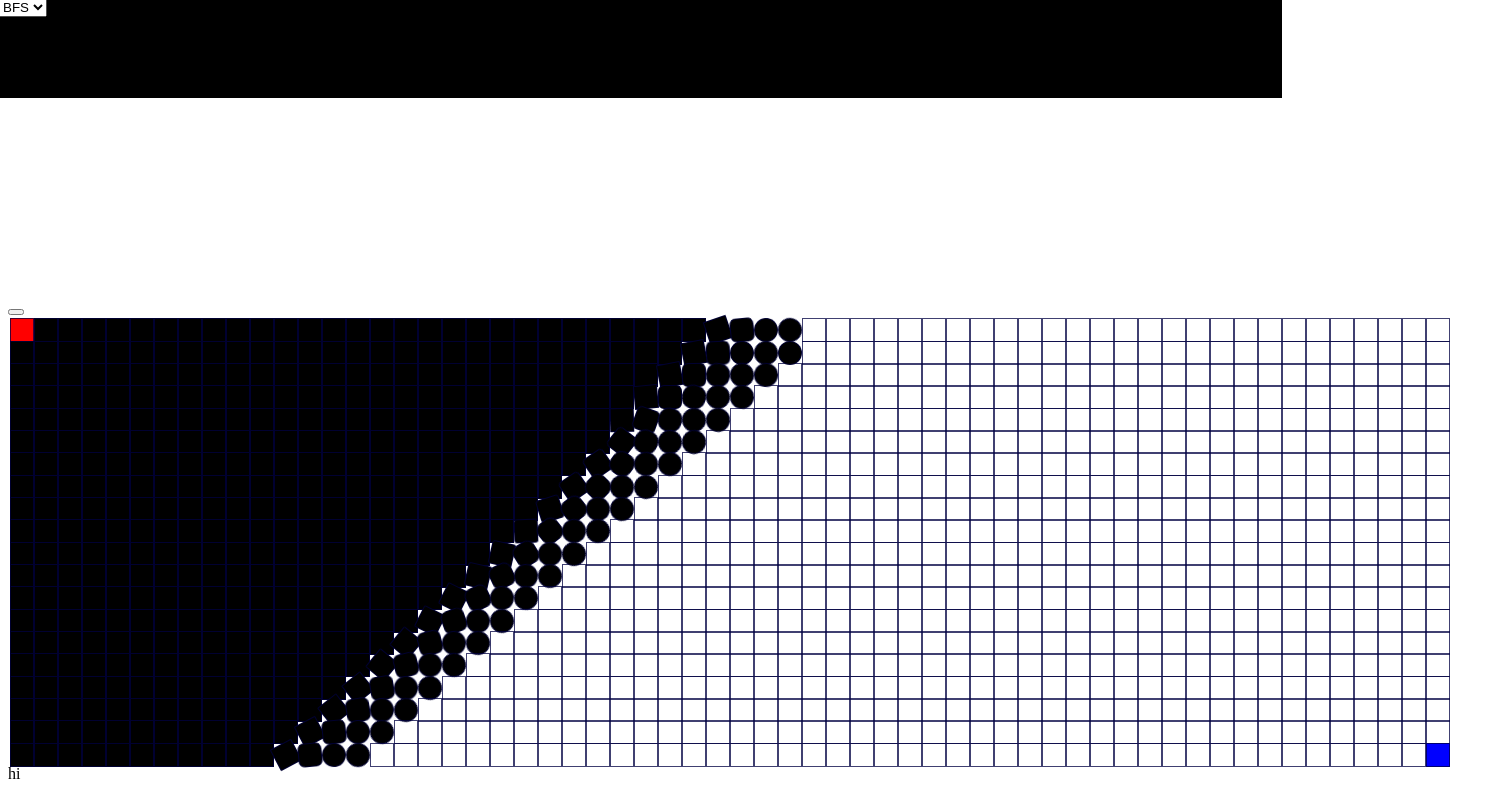
Repository: NikhilJohny/Pathfinding---ReactJS
Page: /, after clicking the first element matching `button`
The author's editor kept a copy of each file at every save. The page is drawn from the files as they stood at one save, then again after the next save.
The browser window is 1280 px wide. The page is 1508 px wide, so the pictures cover 1508 px, including what lies to the right of the window. The pictures show the whole page.
The project was rebuilt for these pictures with package versions that can differ from the ones it lists, and the page was loaded fresh each time.

Above is the page before, as saved 2021-05-11 11:00:33.

After the next save:
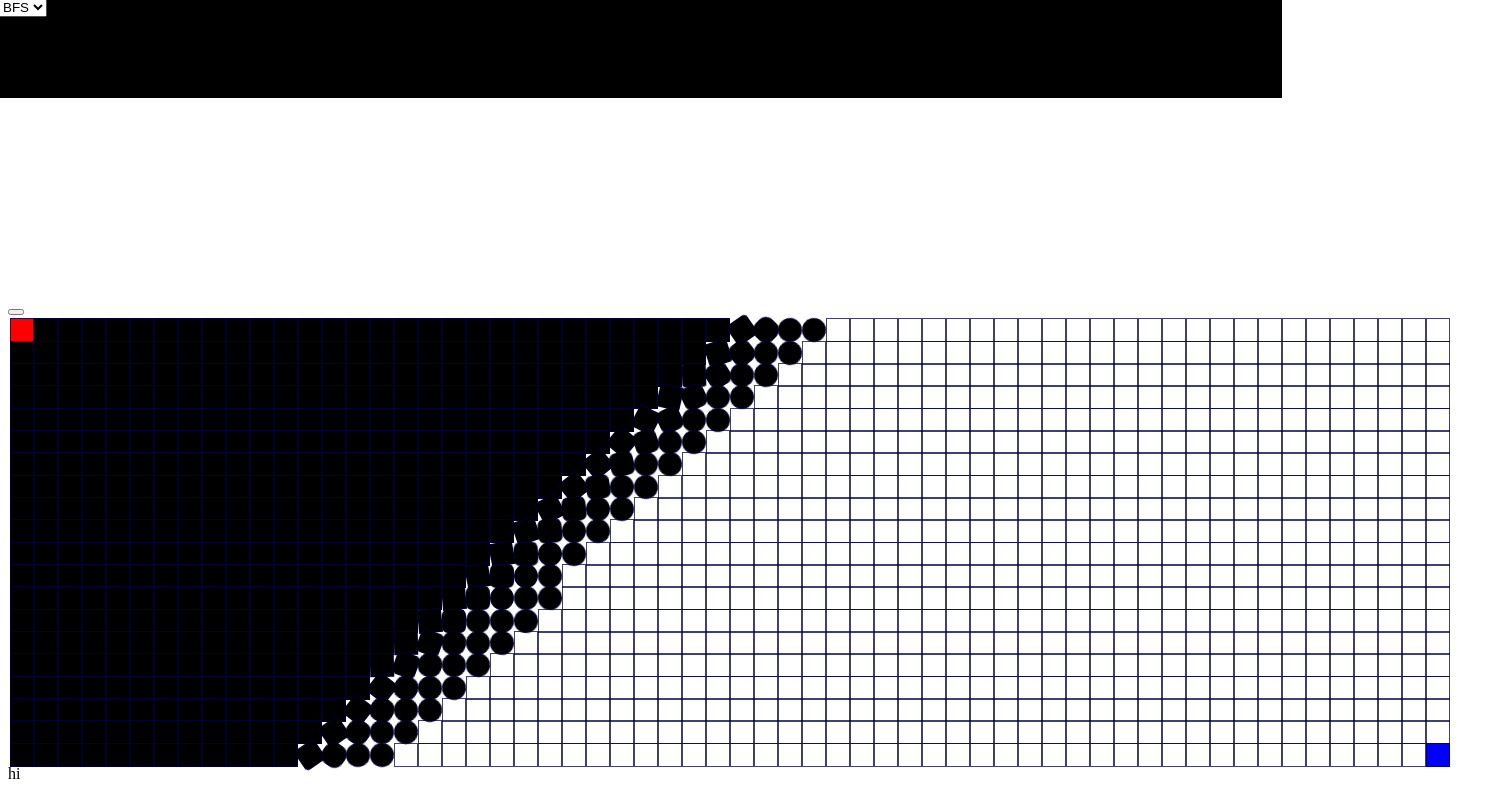
Saved 34 s later.
--- a/src/Node.css
+++ b/src/Node.css
@@ -60,7 +60,7 @@
     }
 
     .node-visited {
-        animation: square-to-circle 1s .1s infinite cubic-bezier(1, .015, .295, 1.225) alternate;
+        animation: square-to-circle 1s infinite cubic-bezier(1, .015, .295, 1.225) alternate;
         /* animation-name: visitedAnimation1; */
         animation-timing-function: ease-out;
         animation-delay: 0;
